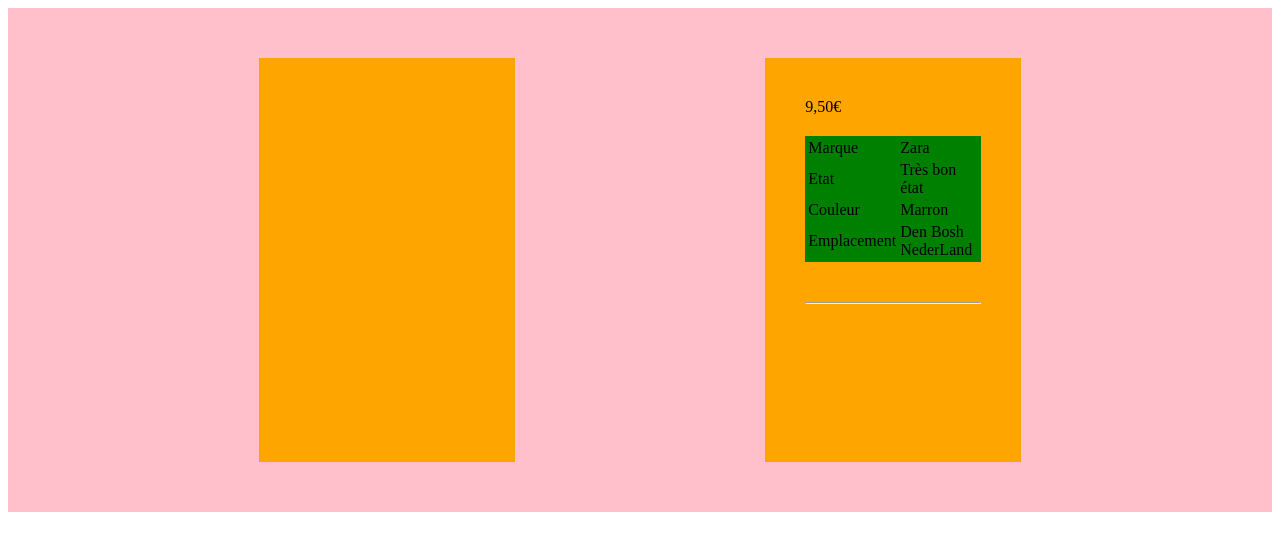
Repository: mel-in-a/vinted-front-clone
Page: html/offer.html
The author's editor kept a copy of each file at every save. The page is drawn from the files as they stood at one save, then again after the next save.
The browser window is 1280 px wide. The pictures show the whole page.

Above is the page before, as saved 2021-07-29 16:31:28.

### html/offer.html
<!DOCTYPE html>
<html lang="en">
<head>
    <meta charset="UTF-8">
    <meta http-equiv="X-UA-Compatible" content="IE=edge">
    <meta name="viewport" content="width=device-width, initial-scale=1.0">
    <link rel="stylesheet" href="/offer.css">
    <title>Document</title>
</head>
<body>

        <div class="container-fluid">
            <div class="left"></div>
            <div class="right">
                <div class="price">9,50€</div>
                <div class="horizontal">
                   <table>
                       <tr>
                           <td>Marque</td>
                           <td>Zara</td>
                       </tr>
                       <tr>
                        <td>Etat</td>
                        <td>Très bon état</td>
                    </tr>
                    <tr>
                        <td>Couleur</td>
                        <td>Marron</td>
                    </tr>
                    <tr>
                        <td>Emplacement</td>
                        <td>Den Bosh NederLand</td>
                    </tr>
                   </table>
                </div>
                <hr>

            </div>

    </div>
</body>
</html>

### html/offer.css
.container-fluid {
    width: 100%;
    display: flex;
    background-color:pink;
    height: 70vh;
    justify-content: space-evenly;
    align-items: center;

  }

  .left, .right {
    width: 20vw;
    background-color: orange;
    height: 80%;
  }

  .right {
      padding: 40px;
      box-sizing: border-box;
  }

  .horizontal {
    margin-top: 20px;
      background-color:green

  }

  .horizontal table {
      width: 100%;
  }

  hr {
      margin: 40px 0
  }

After the next save:
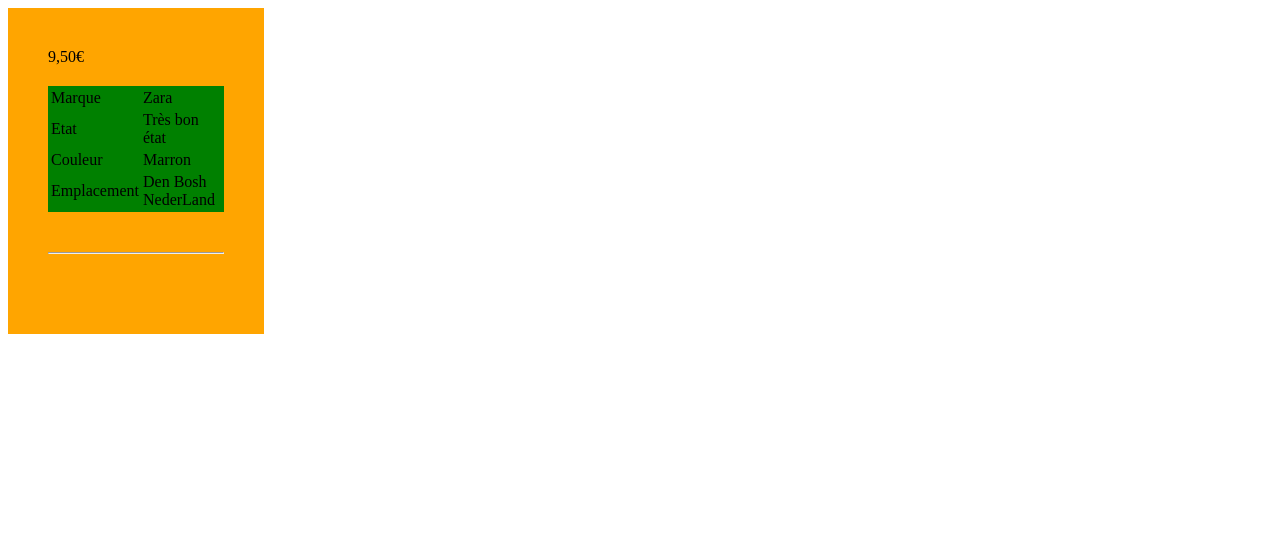
Saved 16 s later.
--- a/html/offer.html
+++ b/html/offer.html
@@ -9,7 +9,7 @@
 </head>
 <body>
 
-        <div class="container-fluid">
+        <div class="offer">
             <div class="left"></div>
             <div class="right">
                 <div class="price">9,50€</div>

After the save that followed:
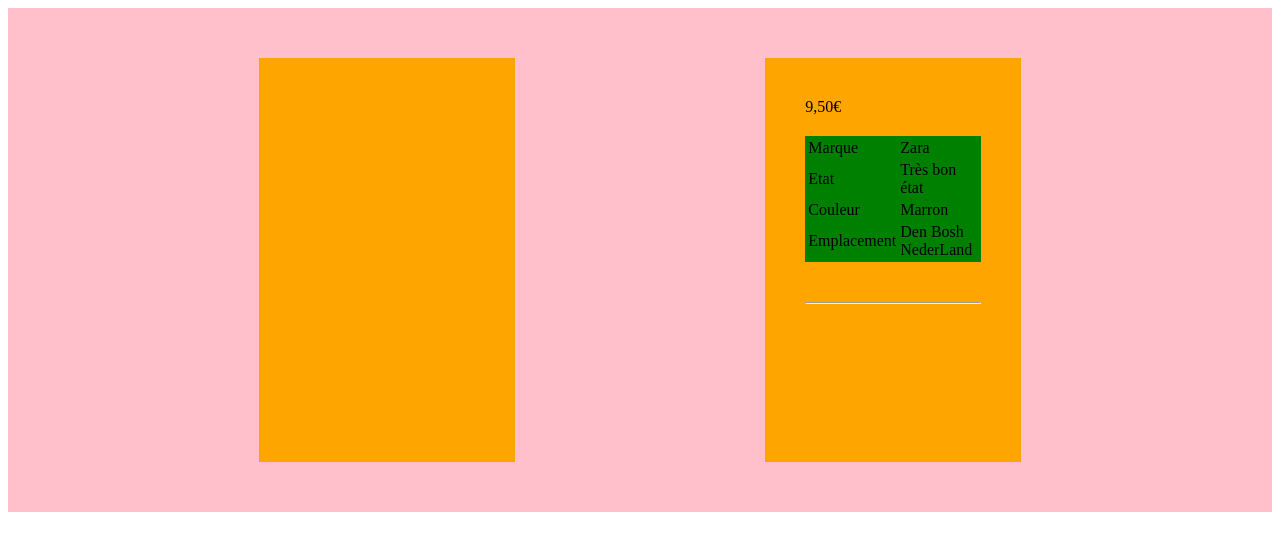
Saved 5 s later.
--- a/html/offer.css
+++ b/html/offer.css
@@ -1,4 +1,4 @@
-.container-fluid {
+.offer {
     width: 100%;
     display: flex;
     background-color:pink;
